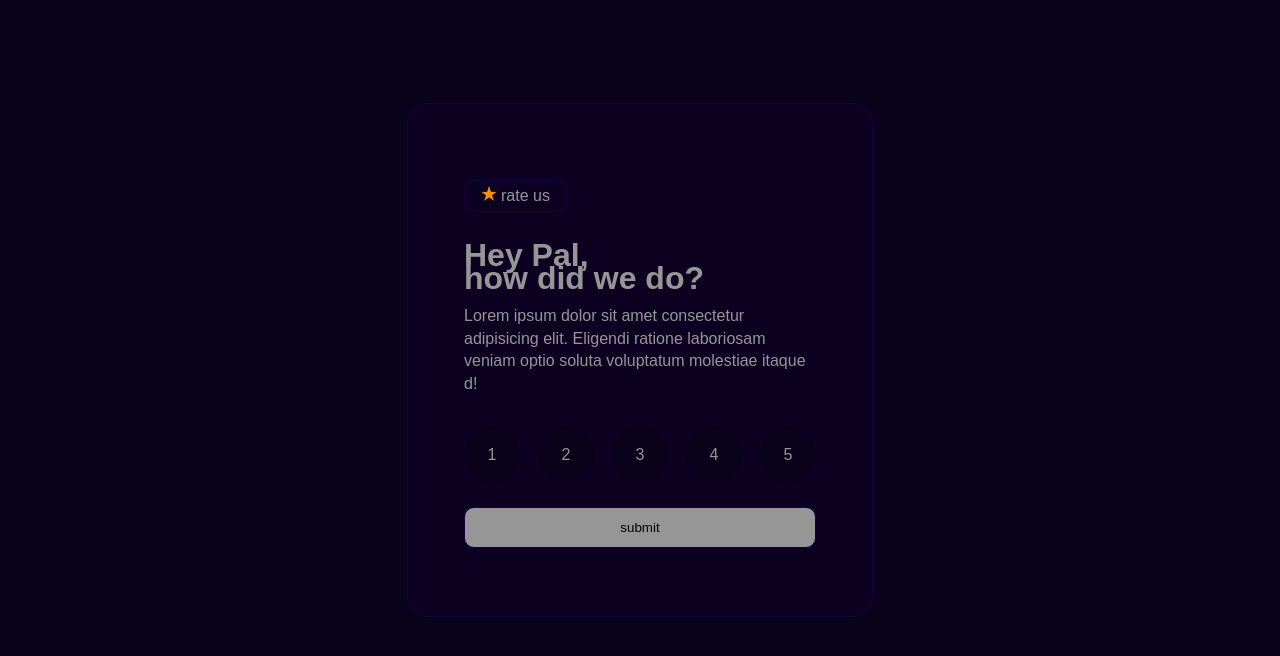
Repository: russel-success/xcodepp-TASK-2
Page: index.html
These files come from the project's save history. The page is drawn as it stood at one moment and after the next save; the edit follows.
The browser window is 1280 px wide. The pictures show the whole page.

Above is the page before, as saved 2024-05-27 09:24:16.

After the next save:
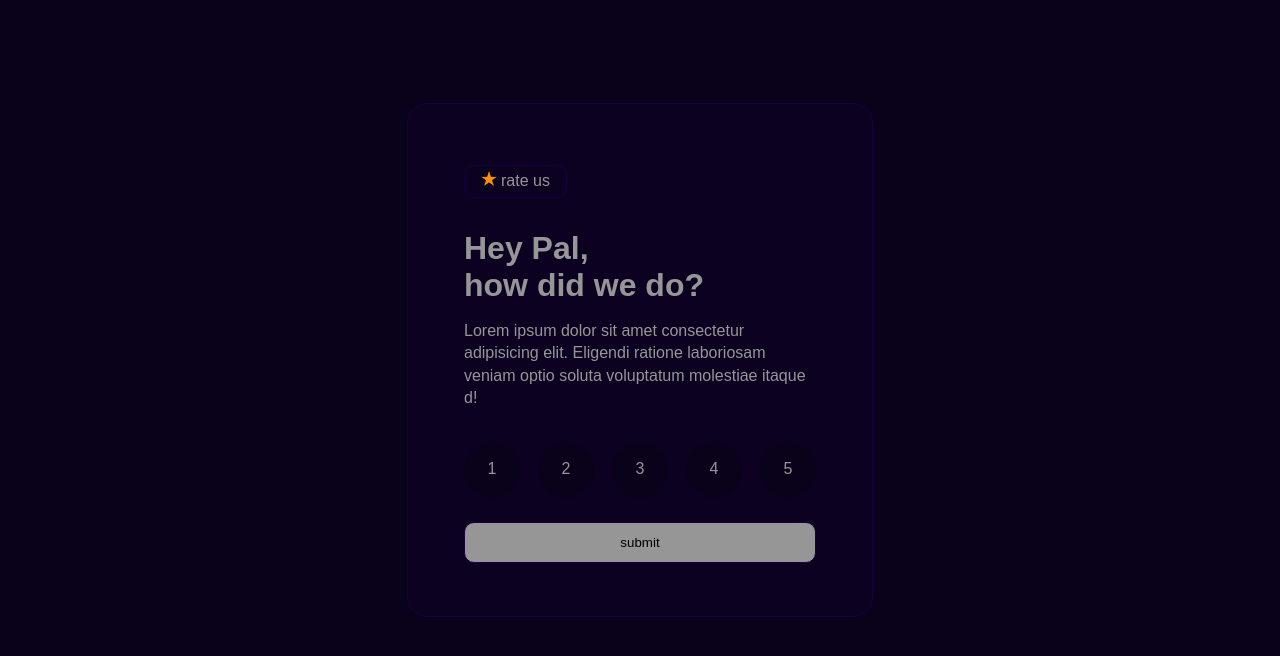
Saved 24 s later.
--- a/styles/styles.css
+++ b/styles/styles.css
@@ -58,8 +58,8 @@
     gap:16px;
 }
 h1{
-    /* line-height: normal;
-    font-weight:700; */
+    line-height: normal;
+    font-weight:700;
 }
 .body-text{
     color:inherit;
